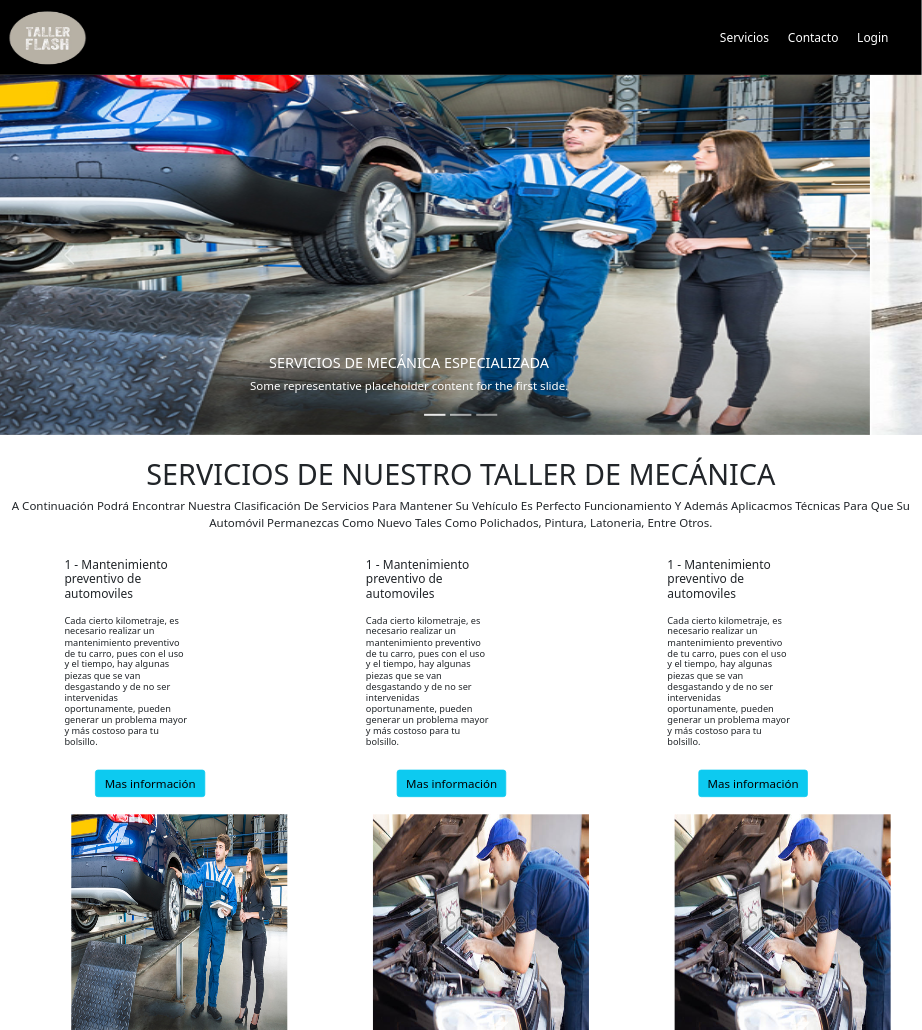
Repository: nder1996/Boostrap.Taller.Arquitectura
Page: Index.html
These files come from the project's save history. The page is drawn as it stood at one moment and after a run of saves; the edit follows.
The browser window is 1280 px wide. The pictures show the whole page, at 72% of full size.

Above is the page before, as saved 2021-07-23 06:53:38.

### Index.html
<!DOCTYPE html>
<html lang="en">

<head>
	<meta charset="UTF-8">
	<meta name="viewport" content="width=device-width, initial-scale=1.0">
	<link rel="shortcut icon" href="img/Logo.png">
	<link href="https://cdn.jsdelivr.net/npm/bootstrap@5.0.2/dist/css/bootstrap.min.css" rel="stylesheet"
		integrity="sha384-EVSTQN3/azprG1Anm3QDgpJLIm9Nao0Yz1ztcQTwFspd3yD65VohhpuuCOmLASjC" crossorigin="anonymous">
	<link rel="stylesheet" href="https://cdnjs.cloudflare.com/ajax/libs/font-awesome/5.15.3/css/all.min.css"
		integrity="sha512-iBBXm8fW90+nuLcSKlbmrPcLa0OT92xO1BIsZ+ywDWZCvqsWgccV3gFoRBv0z+8dLJgyAHIhR35VZc2oM/gI1w=="
		crossorigin="anonymous" referrerpolicy="no-referrer" />
	<link rel="stylesheet" href="css/style.css">
	<title>Taller Automotriz</title>
</head>

<body>

	<nav class="navbar navbar-expand-lg navbar-light">
		<div class="container-fluid">
			<a class="navbar-brand" href="#"><img src="img/Logo.png" alt="" style='width: 110px; height: 78px;'></a>
			<button class="navbar-toggler" type="button" data-bs-toggle="collapse" data-bs-target="#navbarNav"
				aria-controls="navbarNav" aria-expanded="false" aria-label="Toggle navigation">
				<span class="navbar-toggler-icon"></span>
			</button>
			<div class="collapse navbar-collapse" id="navbarNav">
				<ul class="navbar-nav ms-auto">
					<li class="nav-item">
						<a class="nav-link active" aria-current="page" href="#">Servicios</a>
					</li>
					<li class="nav-item">
						<a class="nav-link" href="#">Contacto</a>
					</li>
					<li class="nav-item">
						<a class="nav-link" href="#">Login</a>
					</li>
				</ul>
			</div>
		</div>
	</nav>
	<div id="carouselExampleCaptions" class="carousel slide" data-bs-ride="carousel">
		<div class="carousel-indicators">
			<button type="button" data-bs-target="#carouselExampleCaptions" data-bs-slide-to="0" class="active"
				aria-current="true" aria-label="Slide 1"></button>
			<button type="button" data-bs-target="#carouselExampleCaptions" data-bs-slide-to="1"
				aria-label="Slide 2"></button>
			<button type="button" data-bs-target="#carouselExampleCaptions" data-bs-slide-to="2"
				aria-label="Slide 3"></button>
		</div>
		<div class="carousel-inner">
			<div class="carousel-item active">
				<img src="img/Mantenimiento_1.jpg" class="d-block w-100" alt="...">
				<div class="carousel-caption d-none d-md-block">
					<h5>SERVICIOS DE MECÁNICA
						ESPECIALIZADA</h5>
					<p>Some representative placeholder content for the first slide.</p>
				</div>
			</div>
			<div class="carousel-item">
				<img src="img/Mantenimiento_3.png" class="d-block w-100" alt="...">
				<div class="carousel-caption d-none d-md-block">
					<h5>SERVICIOS DE MECÁNICA
						ESPECIALIZADA</h5>
					<p>Some representative placeholder content for the second slide.</p>
				</div>
			</div>
			<div class="carousel-item">
				<img src="img/Mantenimiento_2.png" class="d-block w-100" alt="...">
				<div class="carousel-caption d-none d-md-block">
					<h5>Third slide label</h5>
					<p>Some representative placeholder content for the third slide.</p>
				</div>
			</div>
		</div>
		<button class="carousel-control-prev" type="button" data-bs-target="#carouselExampleCaptions"
			data-bs-slide="prev">
			<span class="carousel-control-prev-icon" aria-hidden="true"></span>
			<span class="visually-hidden">Previous</span>
		</button>
		<button class="carousel-control-next" type="button" data-bs-target="#carouselExampleCaptions"
			data-bs-slide="next">
			<span class="carousel-control-next-icon" aria-hidden="true"></span>
			<span class="visually-hidden">Next</span>
		</button>
	</div>
	<div class="Letra_Servicios container-xxl">
		<h1>SERVICIOS DE NUESTRO TALLER DE MECÁNICA</h1>
		<p>
			A Continuación Podrá Encontrar Nuestra Clasificación De Servicios Para Mantener Su Vehículo Es Perfecto
			Funcionamiento Y Además Aplicacmos Técnicas Para Que Su Automóvil Permanezcas Como Nuevo Tales Como
			Polichados, Pintura, Latoneria, Entre Otros.

		</p>
	</div>

	<div class="Servicios container-fluid">

		<div class="Servicio" id="Servicio_1">
			<br> <br>
			<h1>1 - Mantenimiento preventivo de automoviles <br> <br>
				<p>
					Cada cierto kilometraje, es necesario realizar un mantenimiento preventivo de tu carro, pues con
					el uso
					y el tiempo, hay algunas piezas que se van desgastando y de no ser intervenidas oportunamente,
					pueden
					generar un problema mayor y más costoso para tu bolsillo.
					<br> <br> <br>
					<button type="button" class="btn btn-info">Mas información</button>
				</p>
			</h1>
			<br>
			<img src="img/Mantenimiento_1.jpg" alt="" width="300px" height="300px">
		</div>

		<div class="Servicio" id="Servicio_1">
			<br> <br>
			<h1>1 - Mantenimiento preventivo de automoviles <br> <br>
				<p>
					Cada cierto kilometraje, es necesario realizar un mantenimiento preventivo de tu carro, pues con
					el uso
					y el tiempo, hay algunas piezas que se van desgastando y de no ser intervenidas oportunamente,
					pueden
					generar un problema mayor y más costoso para tu bolsillo.
					<br> <br> <br>
					<button type="button" class="btn btn-info">Mas información</button>
				</p>
			</h1>
			<br>
			<img src="img/Mantenimiento_2.png" alt="" width="300px" height="300px">
		</div>

		<div class="Servicio" id="Servicio_1">
			<br> <br>
			<h1>1 - Mantenimiento preventivo de automoviles <br> <br>
				<p>
					Cada cierto kilometraje, es necesario realizar un mantenimiento preventivo de tu carro, pues con
					el uso
					y el tiempo, hay algunas piezas que se van desgastando y de no ser intervenidas oportunamente,
					pueden
					generar un problema mayor y más costoso para tu bolsillo.
					<br> <br> <br>
					<button type="button" class="btn btn-info">Mas información</button>
				</p>
			</h1>
			<br>
			<img src="img/Mantenimiento_2.png" alt="" width="300px" height="300px">
		</div>


	</div>
	<!--
		<div><img src="img/Mantenimiento_2.png" alt="" width="300px" height="300px"></div>
		<div><img src="img/Mantenimiento_3.png" alt="" width="300px" height="300px"></div>
		<div><img src="img/Mantenimiento_4.png" alt="" width="300px" height="300px"></div>
		-->











	<script src="https://cdn.jsdelivr.net/npm/bootstrap@5.0.2/dist/js/bootstrap.bundle.min.js"
		integrity="sha384-MrcW6ZMFYlzcLA8Nl+NtUVF0sA7MsXsP1UyJoMp4YLEuNSfAP+JcXn/tWtIaxVXM" crossorigin="anonymous">
	</script>
	<script src="https://cdnjs.cloudflare.com/ajax/libs/jquery/3.6.0/jquery.min.js"
		integrity="sha512-894YE6QWD5I59HgZOGReFYm4dnWc1Qt5NtvYSaNcOP+u1T9qYdvdihz0PPSiiqn/+/3e7Jo4EaG7TubfWGUrMQ=="
		crossorigin="anonymous" referrerpolicy="no-referrer"></script>
</body>

</html>

### css/style.css
nav{
    background-color: black !important;
}

nav li{
    position:relative;
    margin-left: 10px;
    left:-10%;
}

nav li a{
    color:white !important;
    font-size: 1.3vw;
}

.carousel-inner{
    position:relative;
    width: 100%;
    height: 500px;
}

.carousel-item img{
    position:relative;
    width: 100%;
    height: 500px;
}

.Letra_Servicios{
    position: relative;
    text-align: center;
    margin-top: 30px;
}

.Servicios{
    position:relative;
    display: flex;

    flex-direction: row;
}

.Servicios .Servicio{
    position:relative;
    display: flex;
    flex-wrap: wrap;
    width: 100%;
    height: 350px;
    top:20px;
    margin-left: 90px;
    left:-1%;

}

.Servicios .Servicio button{
    position: relative;
    left:25%
}

.Servicios .Servicio img{
    position:relative;
    margin-left:10px;
}

.Servicios div h1{
    position:relative;
    text-align: left;
    font-size: 1.3vw;
    width: 60%;

}

.Servicios div p{
    position:relative;
    text-align: left;
    font-size: 1vw;
    width: 87%;
}

After the next 3 saves:
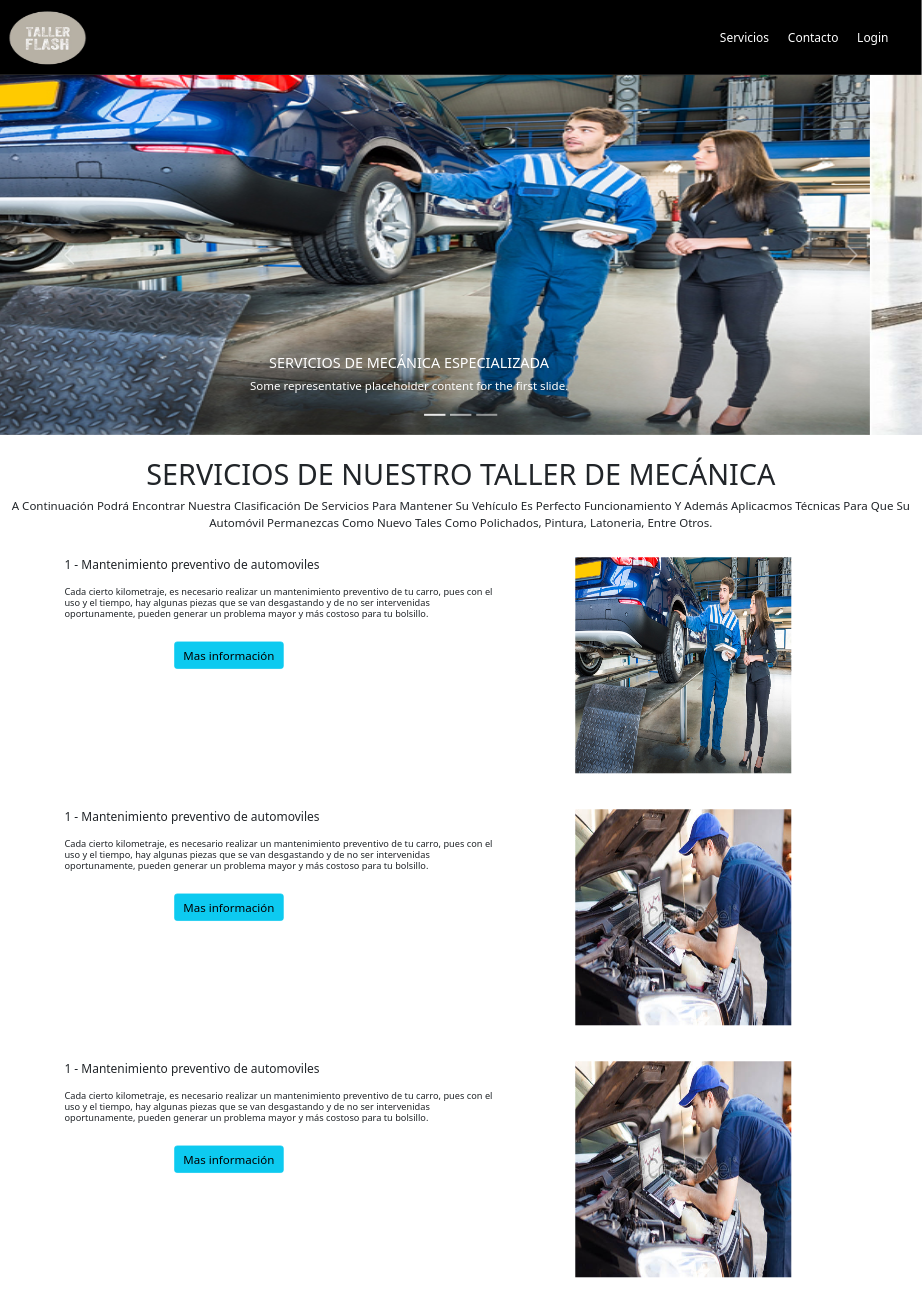
The 3 saves are shown as one change because they came seconds apart.
The last was saved 15 s later.
--- a/css/style.css
+++ b/css/style.css
@@ -34,14 +34,13 @@ nav li a{
 .Servicios{
     position:relative;
     display: flex;
-
+    flex-wrap: wrap;
     flex-direction: row;
 }
 
 .Servicios .Servicio{
     position:relative;
     display: flex;
-    flex-wrap: wrap;
     width: 100%;
     height: 350px;
     top:20px;
